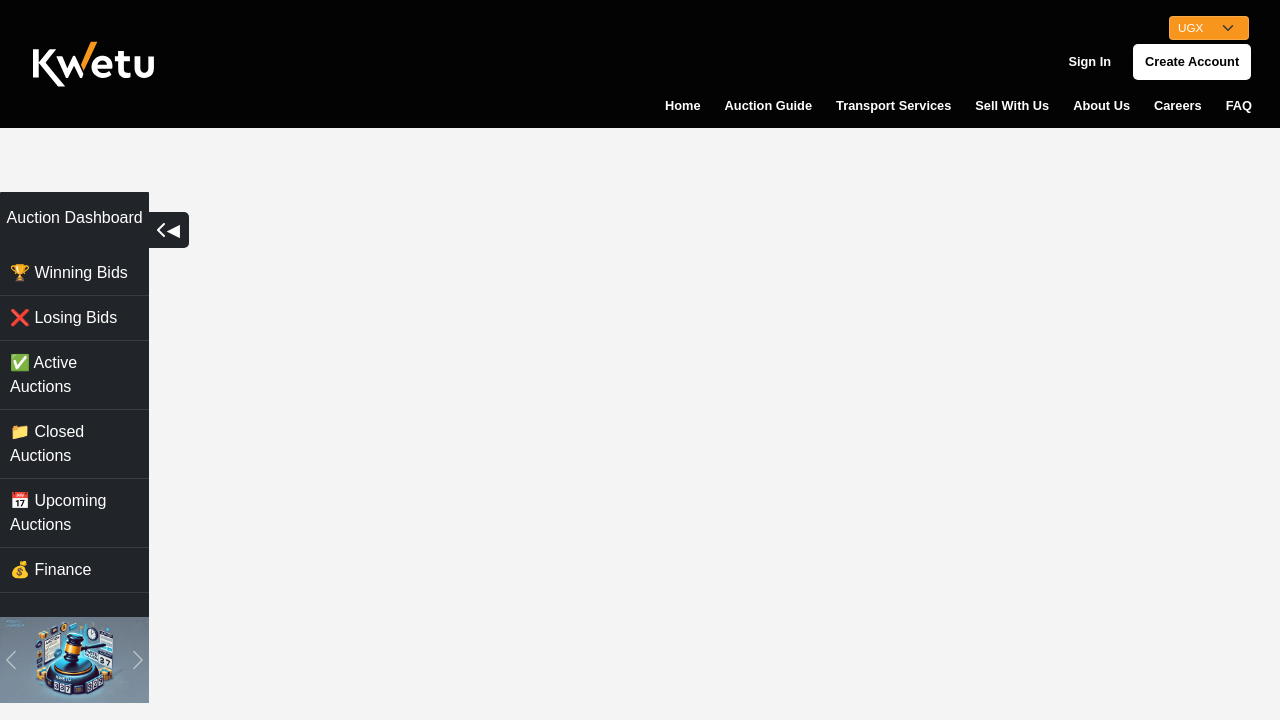
Repository: kaizoku010/kwetu
Page: http://localhost/auction.php
These files come from the project's save history. The page is drawn as it stood at one moment and after the next save; the edit follows.
The browser window is 1280 px wide. The pictures show the whole page.
The page is run by PHP 8.4 with error messages shown; the project is at /var/www/html/.

Above is the page before, as saved 2025-03-12 13:12:02.

### auction.php
<?php
include './includes/db.php';
if (session_status() === PHP_SESSION_NONE) {
    session_start();
}

// Define admin status and exchange rate
$is_admin = isset($_SESSION['admin_logged_in']) && $_SESSION['admin_logged_in'] === true;
$exchange_rate = 3800;
?>

<!DOCTYPE html>
<html lang="en">
<head>
    <meta charset="UTF-8">
    <meta name="viewport" content="width=device-width, initial-scale=1.0">
    <title>Auction Details</title>
    <link href="https://cdn.jsdelivr.net/npm/bootstrap@5.3.0/dist/css/bootstrap.min.css" rel="stylesheet">
    <script src="https://code.jquery.com/jquery-3.6.0.min.js"></script>

    <style>
        .fixed-img {
            width: 100%;
            height: 250px;
            object-fit: cover;
        }
        .aucs-title {
    text-align: center !important;
    margin-top: 10rem;
    font-weight: 600;
    text-transform: uppercase;
    margin-bottom: 5rem;
}

.auc-desc-dets{
    margin-bottom: 1px !important;
}

.mdx-card-sama p, h6{
 margin-bottom: 0px !important;
}

    </style>
</head>
<body>
    <?php include 'navbar.php'; ?>
    <?php include 'navbar2.php'; ?>

    <div class="container mt-5">
        <?php
        $auction_id = isset($_GET['id']) && is_numeric($_GET['id']) ? (int)$_GET['id'] : 0;

        if ($auction_id == 0) {
            die("<h2 class='text-center text-danger'>Invalid Auction ID</h2>");
        }

        $stmt = $conn->prepare("SELECT * FROM auction_items WHERE auction_id = ?");
        $stmt->bind_param("i", $auction_id);
        $stmt->execute();
        $auction_result = $stmt->get_result();

        if ($auction_result->num_rows > 0) {
            echo "<h2 class='text-center aucs-title'>Auction Items</h2>";
            echo "<div class='row'>";

            while ($item = $auction_result->fetch_assoc()) {
                $price_in_ugx = $item['price'] * $exchange_rate;

                echo '<div class="col-md-4">
                        <div class="card auction-item">
                            <div class="card-header">
                                <strong>Lot: ' . htmlspecialchars($item['lot_number'], ENT_QUOTES, 'UTF-8') . '</strong>
                            </div>

                            <img src="' . htmlspecialchars($item['image'], ENT_QUOTES, 'UTF-8') . '" class="card-img-top fixed-img" alt="Item Image">

                            <div class="card-body mdx-card-sama">
                                <div class="bg-light p-3 rounded mb-2">
                                    <h6 class="fw-bold">Title:</h6>
                                    <p>' . htmlspecialchars($item['title'], ENT_QUOTES, 'UTF-8') . '</p>
                                </div>

                                <div class="bg-light p-3 rounded mb-2">
                                    <h6 class="fw-bold">Bids:</h6>
                                    <p><span id="bids-count-' . $item['id'] . '">' . htmlspecialchars($item['bidders'], ENT_QUOTES, 'UTF-8') . '</span></p>
                                </div>

                                <div class="bg-light p-3 rounded mb-2">
                                    <h6 class="fw-bold">Current Price:</h6>
                                    <p class="price-display"
                                       data-original-price="' . $price_in_ugx . '"
                                       data-original-currency="UGX"
                                       id="current-price-' . $item['id'] . '">
                                        UGX ' . number_format($price_in_ugx) . '
                                    </p>
                                </div>

                                <div class="bg-light p-3 rounded mb-2">
                                    <h6 class="fw-bold">Condition:</h6>
                                    <p>' . nl2br(htmlspecialchars($item['condition'], ENT_QUOTES, 'UTF-8')) . '</p>
                                </div>

                                <div class="bg-light p-3 rounded" style="max-height: 6rem; overflow: hidden; text-overflow: ellipsis; display: -webkit-box; -webkit-line-clamp: 4; -webkit-box-orient: vertical;">
                                    <h6 class="fw-bold">Description:</h6>
                                    <p class="auc-desc-dets">' . nl2br(htmlspecialchars($item['description'], ENT_QUOTES, 'UTF-8')) . '</p>
                                </div>

                                ' . ($is_admin ? '
                                <div class="mt-3">
                                    <a href="edit_item.php?id=' . $item['id'] . '" class="btn btn-warning w-100 mb-2">Edit</a>
                                    <a href="delete_item.php?id=' . $item['id'] . '" class="btn btn-danger w-100" onclick="return confirm(\'Are you sure you want to delete this item?\')">Delete</a>
                                </div>' : '') . '
                            </div>

                            <div class="card-footer">
                                <a href="lot_details.php?id=' . $item['id'] . '" class="btn btn-success w-100">View This Lot</a>
                            </div>
                        </div>
                    </div>';
            }
            echo "</div>";
        } else {
            echo "<h2 class='text-center text-danger'>No Items Found</h2>";
        }

        $stmt->close();
        ?>
    </div>

    <script>
        $(document).ready(function() {
            $(".place-bid-btn").click(function() {
                let itemId = $(this).data("item-id");
                let currency = $(".currency-selector[data-item-id='" + itemId + "']").val();
                let manualBid = $("#manual-bid-" + itemId).val();

                $.ajax({
                    url: "update_price.php",
                    type: "POST",
                    data: { item_id: itemId, currency: currency, manual_bid: manualBid },
                    success: function(response) {
                        let data = JSON.parse(response);
                        if (data.error) {
                            alert(data.error);
                        } else {
                            $("#current-price-" + itemId).text(data.currency + " " + data.price);
                            $("#bids-count-" + itemId).text(data.bids);
                        }
                    },
                    error: function() {
                        alert("Error updating bid.");
                    }
                });
            });
        });
    </script>
</body>
</html>

### includes/db.php
<?php
$servername = "localhost";
$username = "root";
$password = "";
$dbname = "test";

$conn = new mysqli($servername, $username, $password, $dbname);

if ($conn->connect_error) {
    echo ("<script>console.log('connection failed');</script>");

    die("Connection failed: " . $conn->connect_error);
}

echo ("<script>console.log('connection set');</script>");

?>

### header_slide.php
<!DOCTYPE html>
<html lang="en">
<head>
    <meta charset="UTF-8">
    <meta name="viewport" content="width=device-width, initial-scale=1.0">
    <title>Image Slider</title>
    <!-- Bootstrap CSS -->
    <link href="https://cdn.jsdelivr.net/npm/bootstrap@5.3.0/dist/css/bootstrap.min.css" rel="stylesheet">
    <link rel="stylesheet" href="styles.css">
</head>
<body>

    <?php include ('./includes/db.php'); ?>
	<link rel="stylesheet" href="./css/styles.css">
	<div class="carousel-container">
        <div id="imageSlider" class="carousel slide" data-bs-ride="carousel">
            <div class="carousel-inner">
                <div class="carousel-item active">
                    <img src="/assets/default-company.jpg"class="d-block w-100" alt="Auction Image 1">
                </div>
                <div class="carousel-item">
                    <img src="/assets/default-company.jpg" class="d-block w-100" alt="Auction Image 2">
                </div>
                <div class="carousel-item">
                    <img src="/assets/default-company.jpg" class="d-block w-100" alt="Auction Image 3">
                </div>
            </div>
            <button class="carousel-control-prev" type="button" data-bs-target="#imageSlider" data-bs-slide="prev">
                <span class="carousel-control-prev-icon" aria-hidden="true"></span>
            </button>
            <button class="carousel-control-next" type="button" data-bs-target="#imageSlider" data-bs-slide="next">
                <span class="carousel-control-next-icon" aria-hidden="true"></span>
            </button>
        </div>
    </div>

    <!-- Bootstrap JS -->
    <script src="https://cdn.jsdelivr.net/npm/bootstrap@5.3.0/dist/js/bootstrap.bundle.min.js"></script>

</body>
</html>

### css/mobile_styles.css
.mdx-reg-section {
    height: 100vh;
    background-color: black;
    background-image: url("../assets/bg2.png");
    display: flex;
    margin-top: 0 !important;
    background-position: center;
    background-repeat: no-repeat;
    background-size: cover;
}

.form-control {
    border-radius: 30px !important;
}

.mdx-filler {
    display: block;
    width: 70%;
    background-color: transparent;
}


.mdx-reg {
    justify-content: center;
    height: 100vh;
    background-color: black;
    background-image: url("../assets/wavy.jpg");
    color: white;
    width: 35% !important;
    max-width: 100%;
    display: flex;
    padding-left: 7rem;
    padding-right: 7rem;
    flex-direction: column;
    margin-top: 0 !important;
}

.brand-logo-reg {
    width: 10rem;
    margin-bottom: 2rem;
    align-self: center;
}

/* .mdx-margins{
        margin-left: 3rem;
            margin-right: 3rem;
    } */

.mdx-btn-reg:hover {
    background-color: transparent !important;
    color: white !important;
}

.brand-logo-reg:hover {
    cursor: pointer;
}

.mdx-btn-bck:hover {
    background-color: #f78b00 !important;
    color: white !important;
}

.mdx-btn-reg {
    background-color: #f78b00 !important;
    border-color: #f78b00 !important;
    border-radius: 30px;
    width: 100%;
    font-size: small;
}

.mdx-btn-bck {
    margin-top: 1rem;
    background-color: transparent !important;
    border-color: #f78b00 !important;
    border-radius: 30px;
    width: 100%;
    font-size: small;
    border: 1px solid #f78b00;
}



@media screen and (max-width: 993px) {
    .mdx-filler {
        display: none;
    }


         .nav-container {
             margin-top: .2rem;
             /* margin-right: 1.7rem !important; */
             justify-content: end !important;
             flex-direction: column;
         }


         .currency-selector-container {
            margin-right: 2rem !important;
            display: none !important;
        }

/*
    #globalCurrencySelector {
        background-color: transparent;
        color: white;
        display: none !important;
        border: 1px solid rgba(255, 255, 255, 0.2);
        padding: 2px 8px;
        font-size: small !important;
    } */

   .currency-selector-container {
       margin-right: 15px;
       width: 5rem;
       background-color: #f7951d !important;
       border-radius: 4px !important;
       align-self: flex-end !important;
       margin-bottom: 1.3rem !important;
   }

    .mdx-reg {
        background-color: #171515 !important;
        height: 100vh;
        background-image: url("../assets/wavy.jpg");
        color: white;
        padding-left: 6rem;
        padding-right: 6rem;
        display: flex;
        flex-direction: column;
        width: 100% !important;
        margin-top: 0 !important;
        justify-content: center;

    }

    .brand-logo-reg {
        width: 10rem;
        margin-bottom: 2rem;
        align-self: center;
    }

    .mdx-btn-reg {
        background-color: #f78b00 !important;
        border-color: #f78b00 !important;
        font-size: .8rem !important;
        border-radius: 30px;
        width: 100%;
            font-size: small;
    }

    .mdx-btn-bck {
        margin-top: 1rem;
        background-color: transparent !important;
        border-color: #f78b00 !important;
        border-radius: 30px;
        font-size: .8rem !important;
        width: 100%;
        font-size: small;
        border: 2px solid #f78b00;
    }

    .form-control {
        border-radius: 30px !important;
    }


    .currency-selector-container {
        margin-right: 1.8rem !important;
        width: 5rem;
        border-radius: 4px !important;
        align-self: flex-end !important;
        margin-bottom: 0.4rem;
        margin-top: 1.2rem !important;
    }
}

### styles.css

                                                                    /* Make Navbar Fixed at the Top */
.navbar {
    position: fixed;
    top: 0;
    width: 100%;
    padding: 1rem;
    z-index: 1000; /* Ensures it's above other elements */
}

/* Adjust Main Content to Avoid Overlapping */
body {
    padding-top: 70px; /* Prevents navbar from covering content */
}

/* ===== Home Page Styling (index.php) ===== */
body.index-page {
    background: #f8f9fa;
    font-family: Arial, sans-serif;
    margin: 0;
    padding: 0;
}

/* ===== Hero Section (Banner) ===== */
/* https://asset.cloudinary.com/dnko3bvt0/40cc04863b2f72003d888c5574bfc060 */
.hero {
    background: url('assets/auc.jpg') center/cover no-repeat !important;
  height: 44rem !important;
    background-color: black;
    display: flex;
    flex-direction: column;
    align-items: center;
    justify-content: center;
    text-align: center;
    color: white;
    padding: 20px;
    position: relative;
}



.container {
    width: 90%;
    max-width: 1000px;
    margin: 30px auto;
    margin-top: 30px;
    background-color: transparent !important;
    padding: 20px;
    border-radius: 0px !important;
    box-shadow: 0 0 10px rgba(0, 0, 0, 0) !important;
}

.logo-image {
    width: 8rem;
    height: auto;
    margin-left: 1rem;
}



.hero p {
    font-size: 18px;
}

/* ===== Search Bar Styling ===== */
.search-container {
    margin-top: 20px;
    width: 60%;
}

.search-form {
    display: flex;
    justify-content: center;
    width: 100%;
}

/* Search Input */
.search-input {
    padding: 12px;
    font-size: 16px;
    border: 2px solid #f78b00;
    border-radius: 5px 0 0 5px;
    flex: 1;
}

.search-btn {
    background: #f78b00;
    color: white;
    border: 2px solid #f78b00;
    padding: 12px 20px;
    font-size: 16px;
    border-radius: 0 5px 5px 0;
    cursor: pointer;
    transition: 0.3s;
}

.search-btn:hover {
    background: #f78c00da;
}

/* Responsive Design */
@media (max-width: 768px) {



    .hero {
        height: 250px;
    }

    .hero h1 {
        font-size: 1.8rem !important;
        margin-top: 4rem;

    }

    .hero p {
        font-size: 16px;
    }

    .search-container {
        width: 90%;
    }
}
                                                       /* Fixed Sidebar in the Middle */
.fixed-sidebar {
    position: fixed;
    top: 50%;
    left: 20px; /* Adjust left position */
    transform: translateY(-50%);
    width: 200px; /* Smaller width */
    background-color: black !important;
    padding: 20px;
    border-radius: 10px;
    box-shadow: 0 4px 6px rgba(0, 0, 0, 0.3);
    z-index: 1000;
}

.nav-links {
    display: flex;
    font-size: .8rem !important;
    list-style: none;
    justify-content: center;
    align-content: center;
    margin-bottom: 0px;
}

/* Sidebar Content */
.sidebar-content {
    text-align: center;
}


/* Sidebar Links */
.fixed-sidebar {
    padding: 10px;
    top: 55% !important;
    display: block;
    text-align: left !important;
    border-bottom: 1px solid rgba(255, 255, 255, 0.1);
    transition: background 0.3s ease-in-out;
}


.nav-link- {
    padding: 10px;
    font-size: .8rem;
    display: block;
    border-bottom: 1px solid rgba(255, 255, 255, 0.1);
    transition: background 0.3s ease-in-out;
}

.nav-link {
    padding: 10px;
    font-size: 1rem;
    display: block;
    border-bottom: 1px solid rgba(255, 255, 255, 0.1);
    transition: background 0.3s ease-in-out;
}



.fixed-sidebar:hover {
    background: rgba(255, 255, 255, 0.2);
    border-radius: 5px;
}

.nav-link:hover {
    background: rgba(255, 255, 255, 0.2);
    border-radius: 5px;
}
.cta-btn:hover {
    background: rgb(240, 239, 239);
}


.auction-container {
    width: 100%;
    max-width: 1193px;
    margin: 0px auto;
    background: transparent !important;
    padding: 20px;
    border-radius: 0px !important;
    box-shadow: 0 0 10px rgba(0, 0, 0, 0) !important;
}



/* General Page Styling */
body {
    font-family: Arial, sans-serif;
    background-color: #f4f4f4;
    text-align: center;
    margin: 0;
    padding: 0;
}

/* Finance Summary Header */
.finance-header {
    font-size: 30px;
    font-weight: bold;
    color: #343a40;
    margin-top: 20px;
    padding: 10px;
}

/* Main Container */
.container {
    width: 90%;
    max-width: 1000px;
    margin: 30px auto;
    background-color: white;
    padding: 20px;
    border-radius: 8px;
    box-shadow: 0 0 10px rgba(0, 0, 0, 0.1);
}

/* Company Titles */
.company-title {
    font-size: 22px;
    font-weight: bold;
    color: #f78b00;
    margin-top: 20px;
    text-decoration: underline;
    padding-bottom: 5px;
}

/* Table Styling */
.table-container {
    overflow-x: auto;
    margin-top: 15px;
}

.table {
    width: 100%;
    border-collapse: collapse;
    margin-bottom: 20px;
}

.table th, .table td {
    padding: 10px;
    text-align: center;
    border: 1px solid #ddd;
}

.table th {
    background-color: #f78b00;
    color: white;
    font-weight: bold;
}

.table tbody tr:nth-child(even) {
    background-color: #f9f9f9;
}

.table tbody tr:nth-child(odd) {
    background-color: #ffffff;
}

/* Item Image */
.item-image {
    width: 80px;
    height: 80px;
    object-fit: cover;
    border-radius: 5px;
    border: 1px solid #ddd;
}

/* Total Amount Styling */
.total-amount {
    font-size: 20px;
    font-weight: bold;
    color: green;
    margin-top: 15px;
}

/* Payment Info Button */
.payment-btn-container {
    display: flex;
    justify-content: center;
    align-items: center;
    margin-top: 15px;
}

.payment-btn {
    background-color: #f78b00;
    color: white;
    padding: 12px 18px;
    border-radius: 5px;
    text-decoration: none;
    font-size: 16px;
    font-weight: bold;
    transition: background 0.3s ease;
}

.payment-btn:hover {
    background-color: #0056b3;
}
/* Grand Total Styling */
.grand-total {
    font-size: 22px;
    font-weight: bold;
    color: darkgreen;
    margin-top: 30px;
}


.categories-container{
display: flex;
/* justify-content: center;
align-items: center; */
gap: 1rem;
margin-top: 1rem;
}

.ic-box {

    background-color: white;
    width: fit-content;
    border-radius: 5px;
    justify-content: center;
    padding: .5rem;
    align-items: center;
}

.ic-box-img {
    width: 40px;
    height: 40px;
    margin-bottom: .1rem;
}
.ic-box-text {
    font-size: small;
    font-weight: bold;
    margin-top: .8rem;
    color: #393939;
    margin-top: 0px;
}

.cta-section {
    background: #f78b00;
    color: white;
    text-align: center;
    padding: 30px;
    margin-top: 0px !important;
}



.new-item-holder{
    background-color: red !important;
}


.form-select-sm {
    font-size: .733rem !important;
}

Loaded but not shown: assets/logo-full.svg (37 lines, source omitted); js/currency-converter.js (60 lines, source omitted); navbar.php (744 lines, source omitted); css/styles.css (730 lines, source omitted); navbar2.php (287 lines, source omitted)

After the next save:
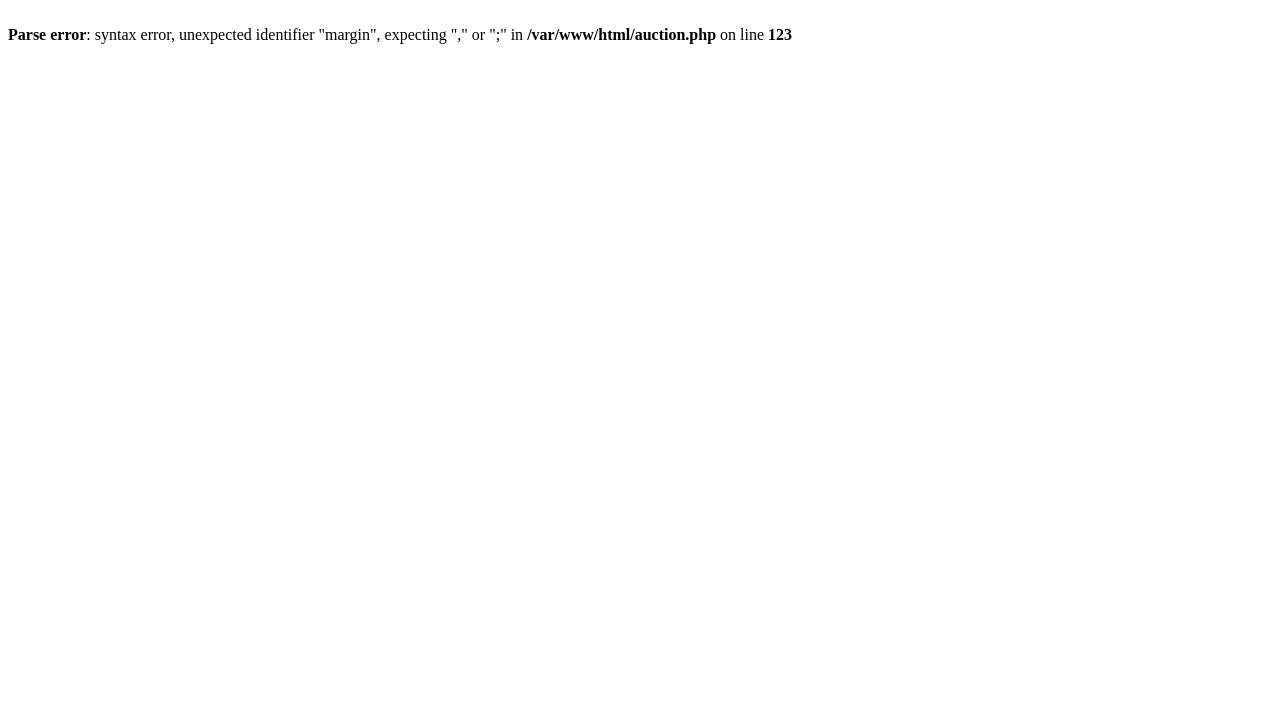
Saved 102 s later.
--- a/auction.php
+++ b/auction.php
@@ -120,7 +120,7 @@ $exchange_rate = 3800;
             }
             echo "</div>";
         } else {
-            echo "<h2 class='text-center text-danger'>No Items Found</h2>";
+            echo "<h2 style="margin-top: 9rem;" class='text-center text-danger'>No Items Found</h2>";
         }
 
         $stmt->close();
